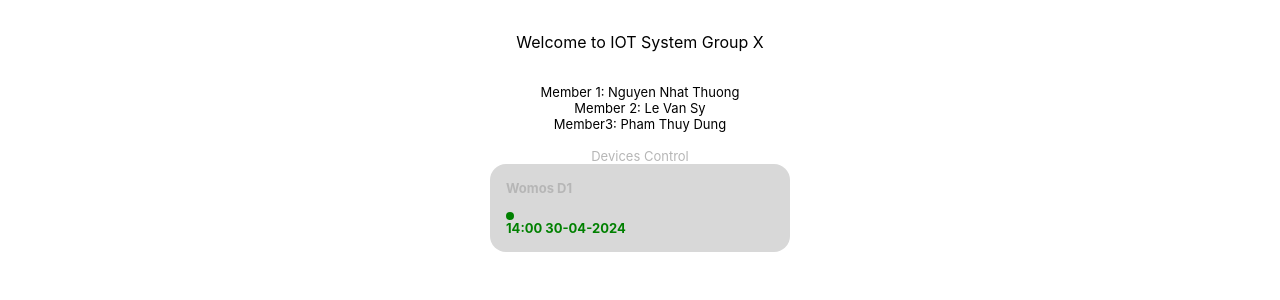
Repository: ngnhthuong/IOT_LAB
Page: /
These files come from the project's save history. The page is drawn as it stood at one moment and after the next save; the edit follows.
The browser window is 1280 px wide. The pictures show the whole page.
The project was rebuilt for these pictures with package versions that can differ from the ones it lists, and the page was loaded fresh each time.

Above is the page before, as saved 2024-04-23 14:51:03.

### src/App.js
import "./App.css";

function App() {
  return (
    <div className="main">
      <div></div>
      <div className="welcome-name">Welcome to IOT System Group X</div>
      <div className="member-name">
        <div className="member">Member 1: Nguyen Nhat Thuong</div>
        <div className="member">Member 2: Le Van Sy</div>
        <div className="member">Member3: Pham Thuy Dung</div>
      </div>
      <div className="device">Devices Control</div>
      <div className="main_device">
        <div className="device">
          <div className="info"></div>
          <div className="device_img"></div>
        </div>
        <div className="device">
          <div className="info">
            <div className="name">Womos D1</div>

            <div className="time-status">
              <div className="status"></div>
              <div className="time">14:00 30-04-2024</div>
            </div>
          </div>
          <div className="device_img"></div>
        </div>
      </div>
    </div>
  );
}

export default App;

### src/App.css
* {
  margin: 0;
  padding: 0;
  box-sizing: border-box;
}

.main{
  width: 100vw;
  height: 100vh;
  display: flex;
  align-items: center;
  flex-direction: column;
}

.welcome-name{
  display: flex;
  justify-content: center;
  padding: 2rem;
  /* width: 500px; */
}

.member-name{
  display: flex;
  flex-direction: column;
  /* width: 250px; */
  font-size: 13px;
  align-items: center;
  padding-bottom: 1rem;
}

.member{
  display: flex;
  left: 0;
}

.device{
  font-size: 13px;
  color: rgb(182, 182, 182);
  left: 0;
}

.main_device{
  width: 300px;
  height: auto;
  background-color: rgb(216, 216, 216);
  border-radius: 1rem;
  padding: 1rem;
}

.info{
  display: flex;
  justify-content: center;
  flex-direction: column;
  gap: 1rem;
}

.name{
  font-weight: bold;
}

.time-status{

}

.time{
  color: green;
  font-weight: bold;
}

.status{
  width: 0.5rem;
  height: 0.5rem;
  background-color: green;
  border-radius:100px ;
}

Loaded but not shown: public/index.html (common file); src/index.js (common file); src/index.css (common file)

After the next save:
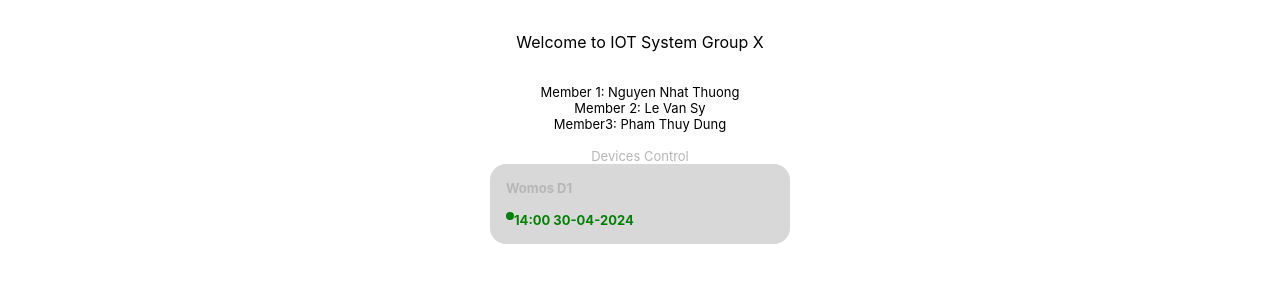
Saved 4 s later.
--- a/src/App.css
+++ b/src/App.css
@@ -59,7 +59,8 @@
 }
 
 .time-status{
-
+  display: flex;
+  justify-content: ;
 }
 
 .time{
